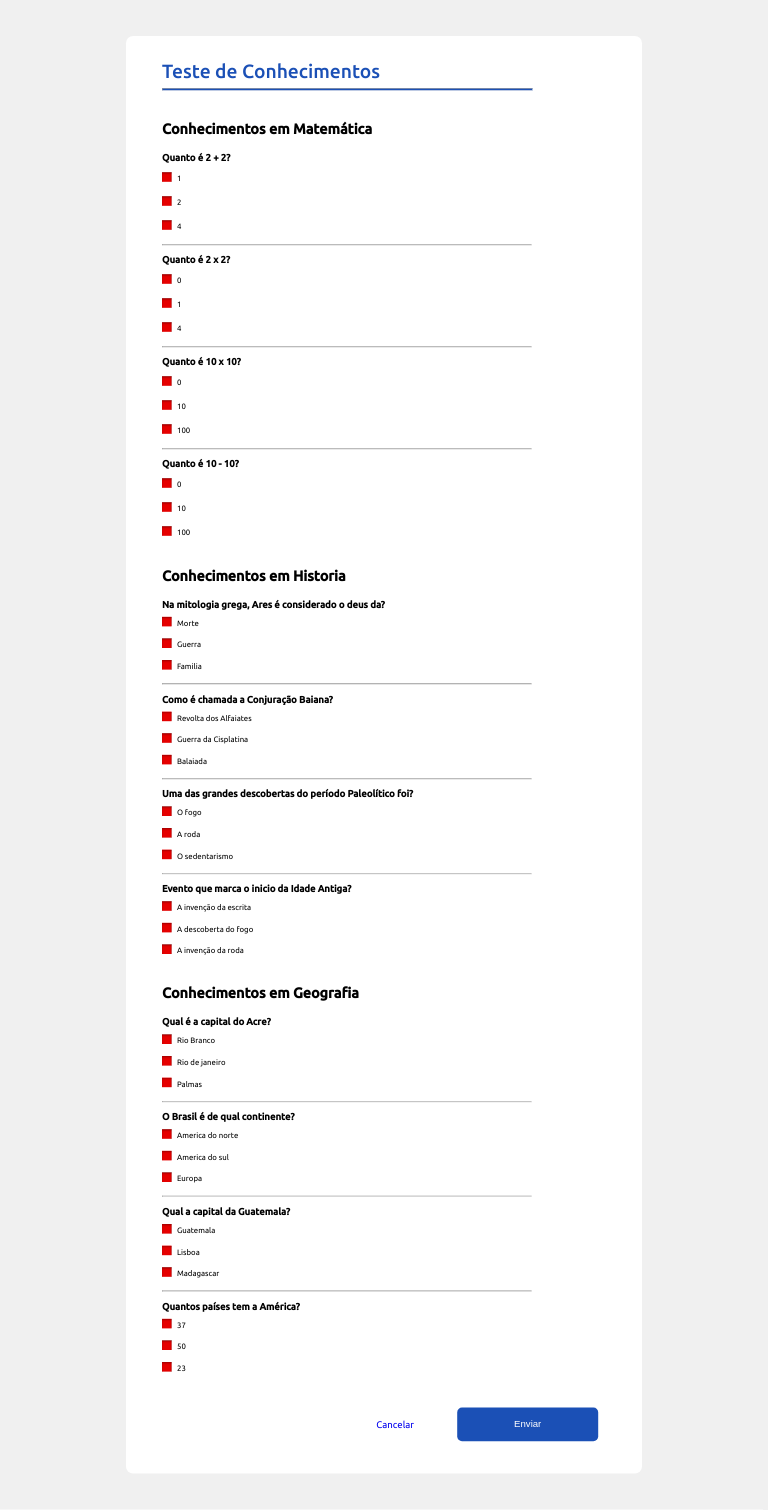
Repository: Delei09/desafioPerguntas
Page: / (app in frontend/)
The author's editor kept a copy of each file at every save. The page is drawn from the files as they stood at one save, then again after the next save.
The browser window is 1280 px wide. The pictures show the whole page, at 60% of full size.
The project was rebuilt for these pictures with package versions that can differ from the ones it lists, and the page was loaded fresh each time. A package was used in the major version that the imports need, not the one package.json lists. Also part of the build but not shown: frontend/src/styles/resultado.scss, frontend/src/page/Resultado.tsx, frontend/src/styles/gabarito.scss, frontend/src/page/Gabarito.tsx.

Above is the page before, as saved 2021-08-19 14:58:34.

After the next save:
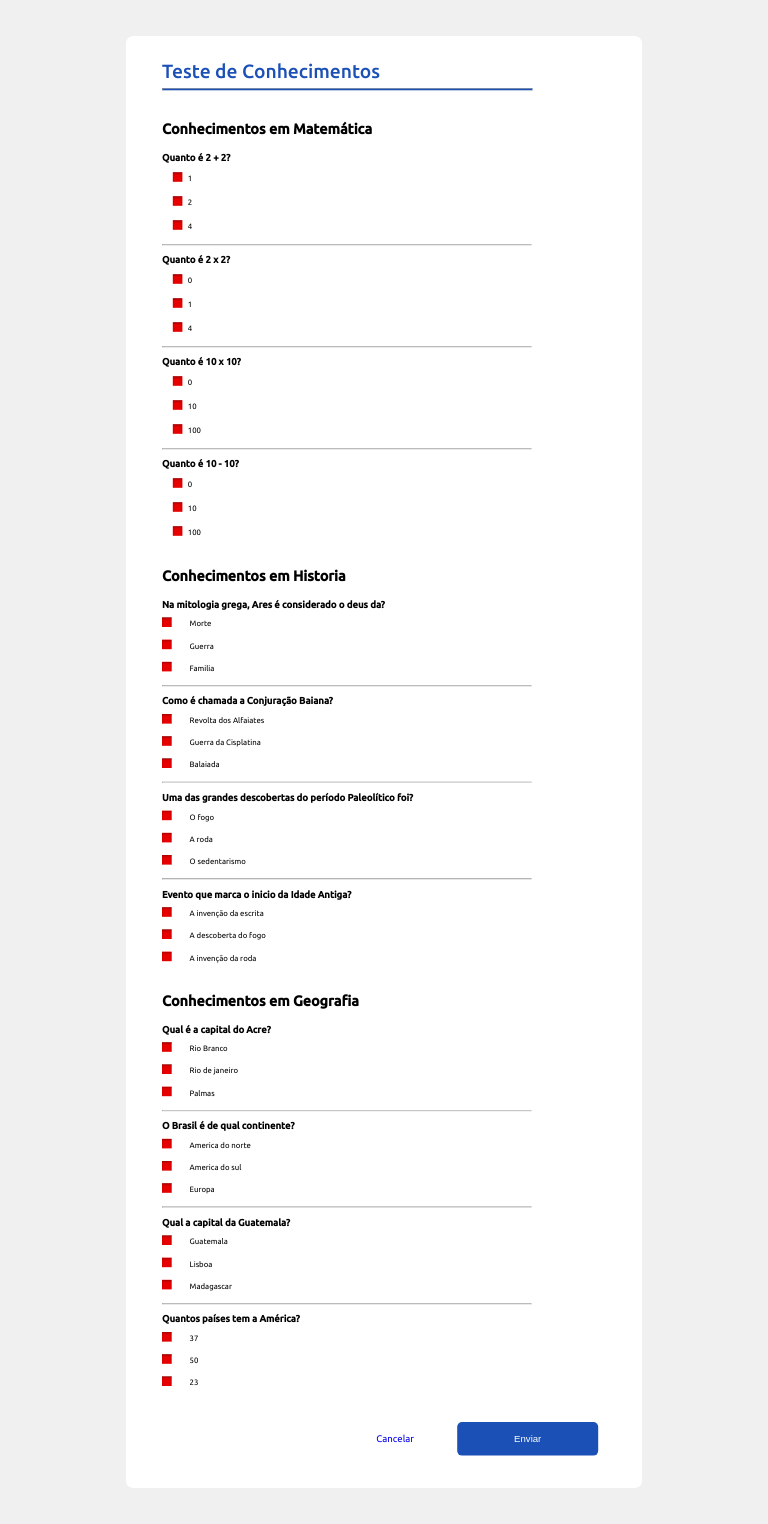
Saved 30 s later.
--- a/frontend/src/styles/global.scss
+++ b/frontend/src/styles/global.scss
@@ -30,7 +30,7 @@ label {
 
 /* Escondemos o radio original */
 input[type=radio] {
- display: none;
+ visibility: hidden;
 }
 
 /* Usamos o pseudo-element :before para recriar o novo radio */
